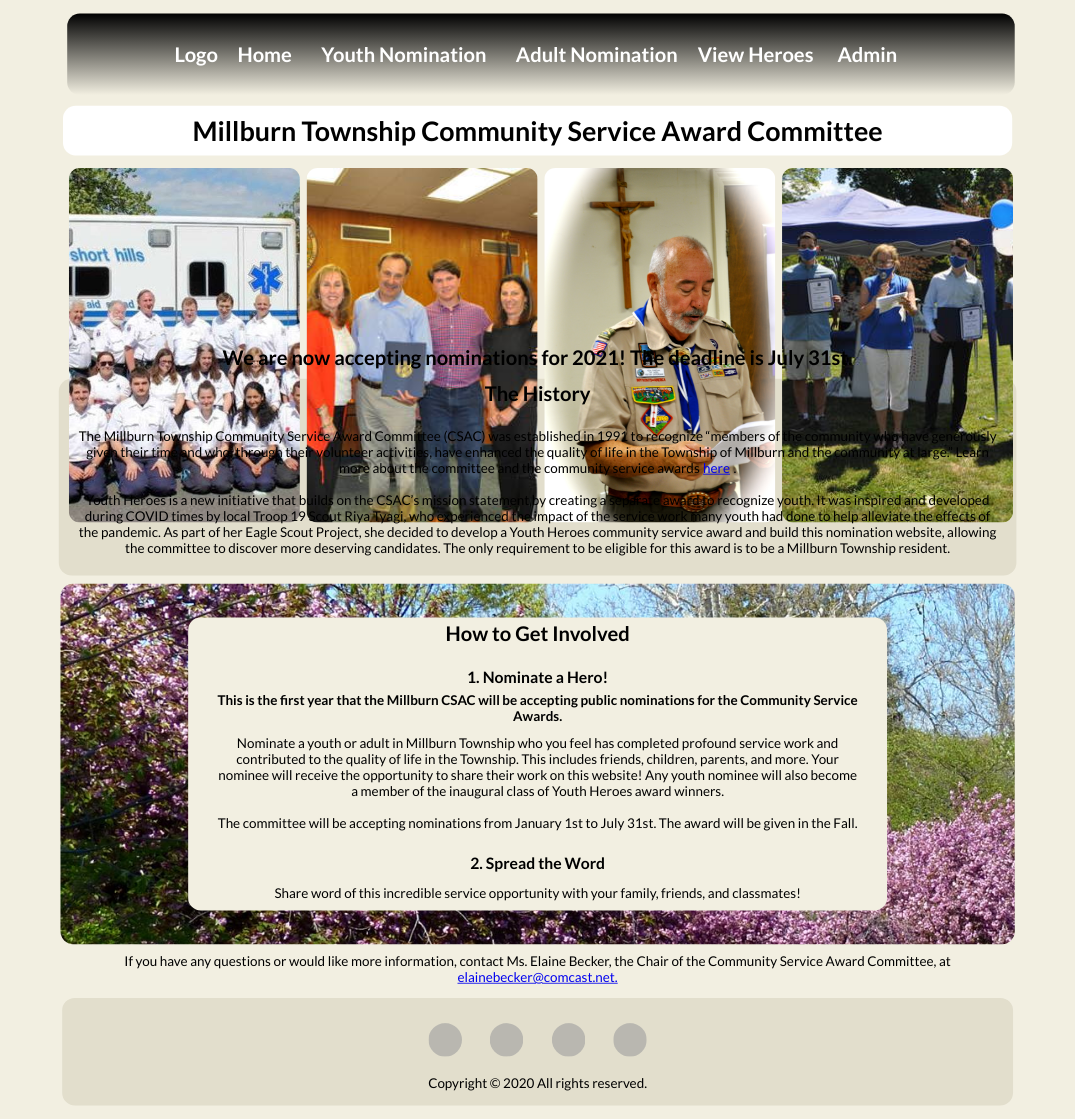
Repository: Centrattic/Young-Heroes-Website
Page: http://localhost/Frontend/home.php
These files come from the project's save history. The page is drawn as it stood at one moment and after the next save; the edit follows.
The browser window is 1280 px wide. The pictures show the whole page, at 84% of full size.
Pictures or frames that could not be fetched are drawn as grey boxes. The page is run by PHP 8.4 with error messages shown; the project is at /var/www/html/.

Above is the page before, as saved 2020-12-09 15:33:52.

After the next save:
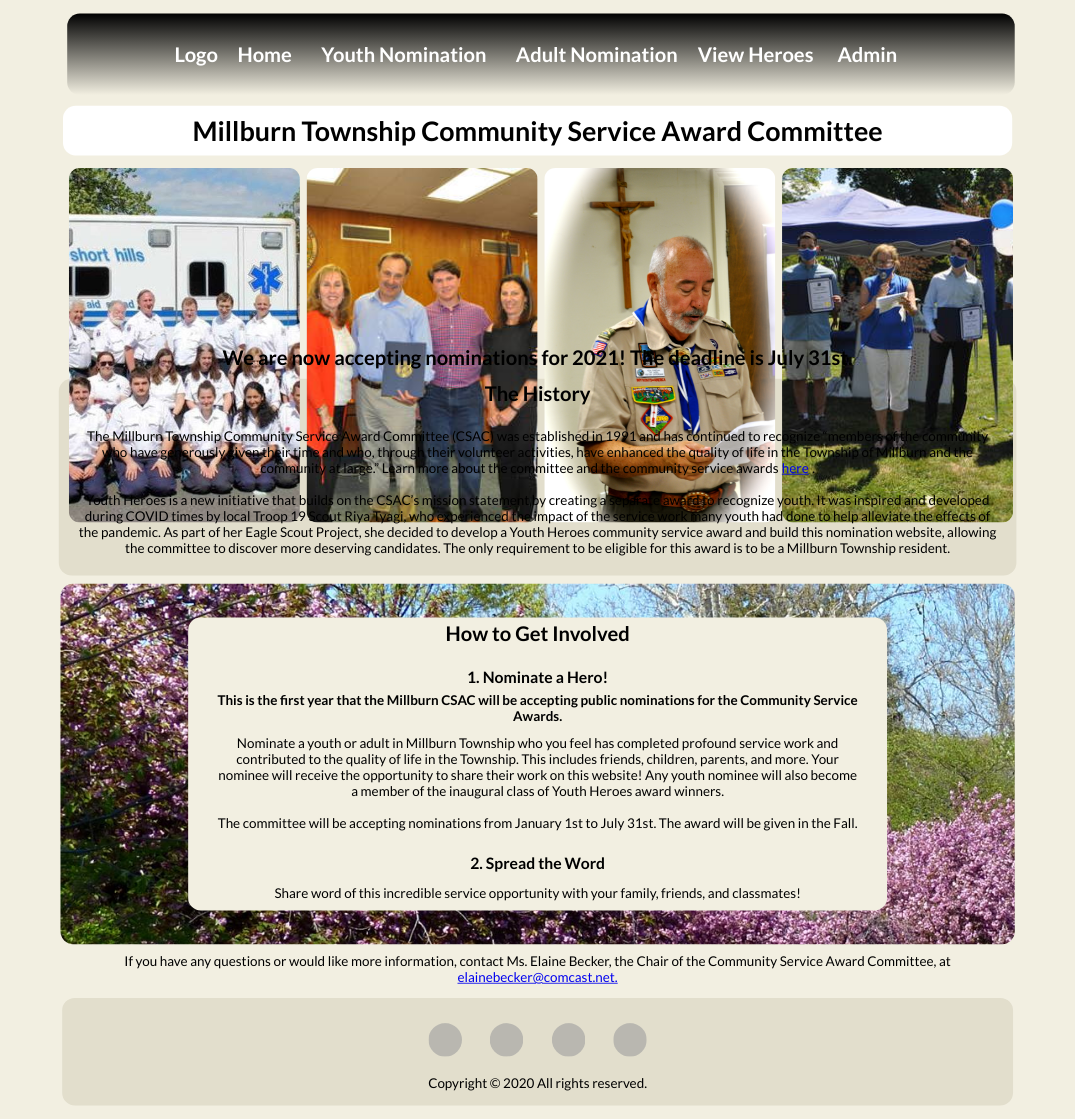
Saved 15 s later.
--- a/Eagle Project/Frontend/home.php
+++ b/Eagle Project/Frontend/home.php
@@ -79,7 +79,7 @@ require '../Backend/dbhconnect.php';
 
     <div id = "CSAChistory">
       <h2> The History </h2> <br>
-      <p> The Millburn Township Community Service Award Committee (CSAC) was established in 1991 to recognize “members of the community who have
+      <p> The Millburn Township Community Service Award Committee (CSAC) was established in 1991 and has continued to recognize “members of the community who have
         generously given their time and who, through their volunteer activities, have enhanced the quality of life in the Township of Millburn
         and the community at large.” Learn more about the committee and the community service awards<a href = "https://twp.millburn.nj.us/188/Community-Service-Award-Committee">here</a>.
         <br> <br> Youth Heroes is a new initiative that builds on the CSAC’s mission statement by creating a separate award to recognize youth. It was inspired
